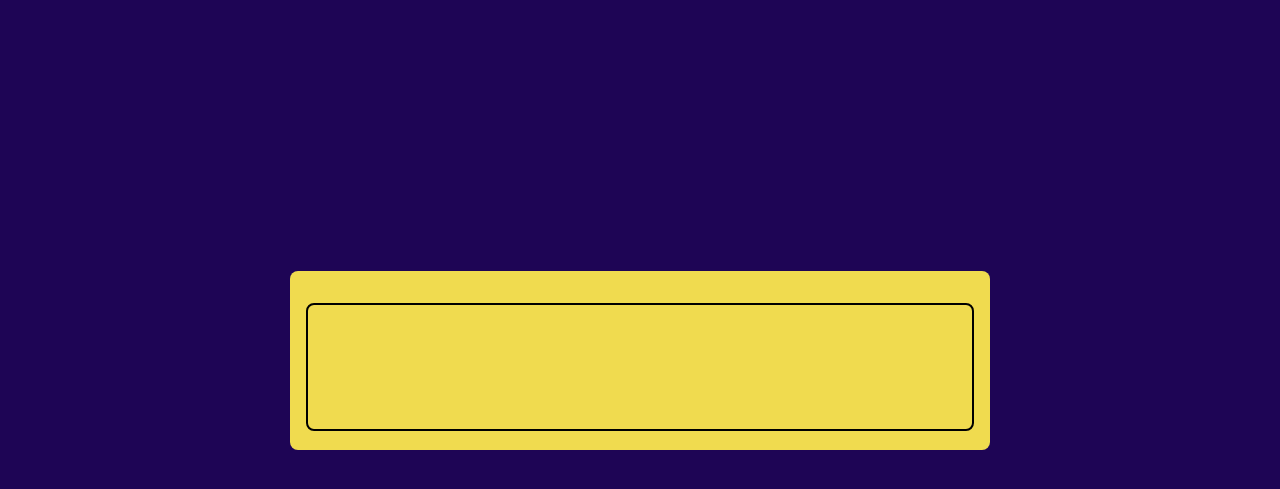
Repository: KhangNguyenIU/Vanilajs-TypingSpeed
Page: index.html
An editor plug-in stored every save of this project. The page is shown before and after the next save, followed by the edit.
The browser window is 1280 px wide. The pictures show the whole page.
The page's requests for data from a server got no answer.

Above is the page before, as saved 2021-10-12 11:09:06.

### index.html
<!DOCTYPE html>
<html lang="en">
<head>
    <meta charset="UTF-8">
    <meta http-equiv="X-UA-Compatible" content="IE=edge">
    <meta name="viewport" content="width=device-width, initial-scale=1.0">
    <link rel="stylesheet" href="style.css"/>
    <script src="script.js" defer></script>
    <title>Typing Game</title>
</head>
<body>
    <body>
        <div class="timer" id="timer"></div>
        <div class="container">
          <div class="quote-display" id="quoteDisplay"></div>
          <textarea id="quoteInput" class="quote-input" autofocus></textarea>
        </div>
      </body>
</body>
</html>

### style.css
* {
    box-sizing: border-box;
  }

  body {
    display: flex;
    justify-content: center;
    align-items: center;
    min-height: 100vh;
    margin: 0;
    background-color: #1E0555;
  }

  body, .quote-input {
    font-family: 'Gill Sans', 'Gill Sans MT', Calibri, 'Trebuchet MS', sans-serif;
  }

  .container {
    background-color: #F0DB4F;
    padding: 1rem;
    border-radius: .5rem;
    width: 700px;
    max-width: 90%;
  }

  .timer {
    position: absolute;
    top: 2rem;
    font-size: 3rem;
    color: #F0DB4F;
    font-weight: bold;
  }

  .quote-display {
    margin-bottom: 1rem;
    margin-left: calc(1rem + 2px);
    margin-right: calc(1rem + 2px);
  }

  .quote-input {
    background-color: transparent;
    border: 2px solid #A1922E;
    outline: none;
    width: 100%;
    height: 8rem;
    margin: auto;
    resize: none;
    padding: .5rem 1rem;
    font-size: 1rem;
    border-radius: .5rem;
  }

  .quote-input:focus {
    border-color: black;
  }

  .correct {
    color: green;
  }

  .incorrect {
    color: red;
    text-decoration: underline;
  }

### script.js
const RANDOM_QUOTE_API_URL = "http://api.quotable.io/random"
const quoteDisplayElement = document.getElementById('quoteDisplay')
const quoteInputElement = document.getElementById('quoteInput')
const timerElement = document.getElementById('timer')

quoteInputElement.addEventListener('input', ()=>{
    const arrayQuote = quoteDisplayElement.querySelectorAll("span")
    const arrayValue = quoteInputElement.value.split("")
    arrayQuote.forEach((characterSpan, index)=>{
        const character = arrayValue[index]
        if(character == null){
            characterSpan.classList.remove("correct")
            characterSpan.classList.remove('incorrect')
        }
        else if (character === characterSpan.innerText){
            characterSpan.classList.add("correct")
            characterSpan.classList.remove('incorrect')
        }
        else{
            characterSpan.classList.remove("correct")
            characterSpan.classList.add("incorrect")
        }
    })
})

function getRandomQuote() {
    return fetch(RANDOM_QUOTE_API_URL)
        .then(response => response.json())
        .then(data => data.content)
}


async function renderNewQuote() {
    const quote = await getRandomQuote();
   quoteDisplayElement.innerHTML = ""
   quote.split("").forEach(element => {
       const characterSpan = document.createElement("span")
       characterSpan.classList.add("correct")
       characterSpan.innerText = element
       quoteDisplayElement.appendChild(characterSpan)
   });
   quoteInputElement.value = null
   startTimer()
}


let startTime;
function startTimer(){
    timerElement.innerText = 0
    startTime = new Date()
    setInterval(()=>{
        timerElement.innerText = getTimerTime()
    },1000)
}


function getTimerTime (){
    return Math.floor((new Date() - startTime)/1000)
}


renderNewQuote()

After the next save:
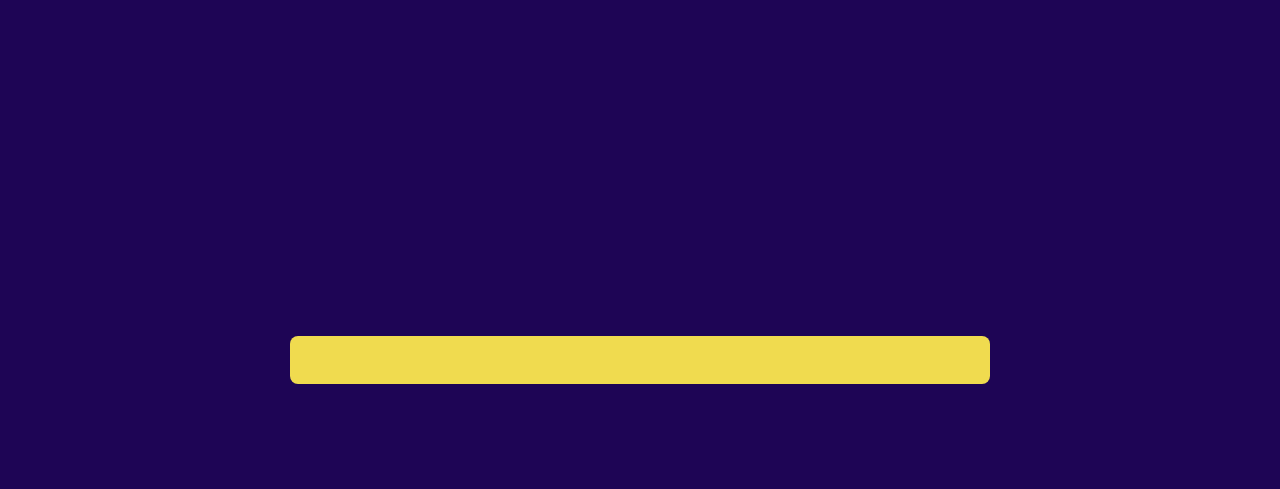
Console error: TypeError: Cannot read properties of null (reading 'addEventListener')
Saved 2 h 1 min later.
--- a/index.html
+++ b/index.html
@@ -10,10 +10,10 @@
 </head>
 <body>
     <body>
-        <div class="timer" id="timer"></div>
+
         <div class="container">
           <div class="quote-display" id="quoteDisplay"></div>
-          <textarea id="quoteInput" class="quote-input" autofocus></textarea>
+          <!-- <textarea id="quoteInput" class="quote-input" autofocus></textarea> -->
         </div>
       </body>
 </body>
